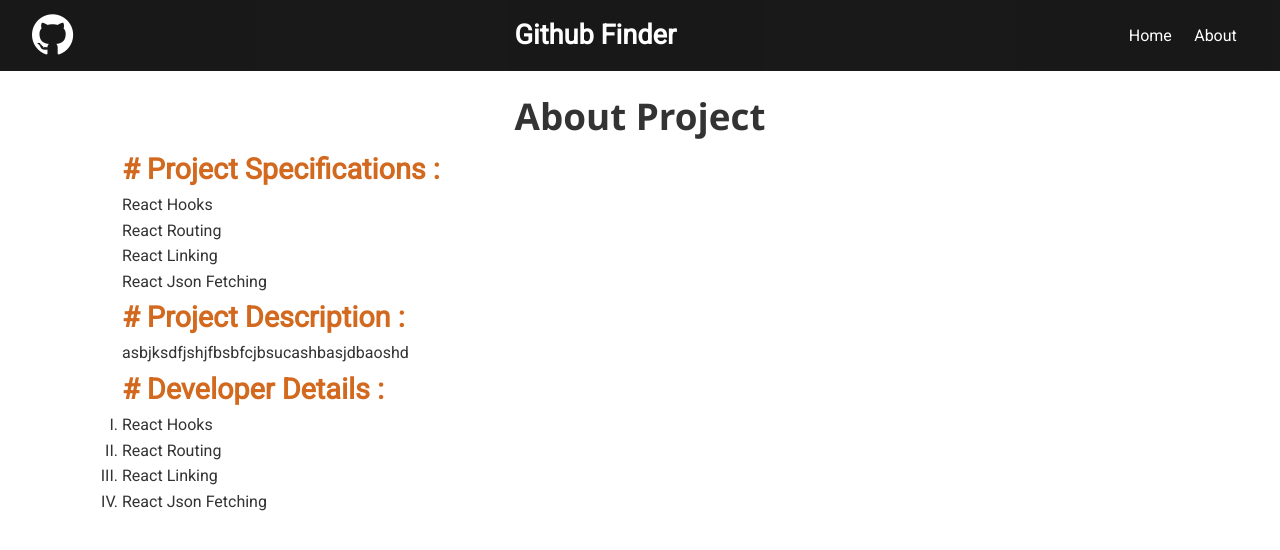
Repository: hemantsaini-7/ReactHooks-GitHub-Clone
Page: /about
An editor plug-in stored every save of this project. The page is shown before and after the next save, followed by the edit.
The browser window is 1280 px wide. The pictures show the whole page.
The project was rebuilt for these pictures with package versions that can differ from the ones it lists, and the page was loaded fresh each time. Also part of the build but not shown: src/components/users/UserItem.js, src/components/layout/Spinner.js, src/components/users/Users.js, src/components/repos/RepoItem.js, src/components/repos/Repos.js, src/components/users/User.js, src/components/users/Search.js, src/components/layout/Alert.js.

Above is the page before, as saved 2020-08-06 10:12:39.

After the next save:
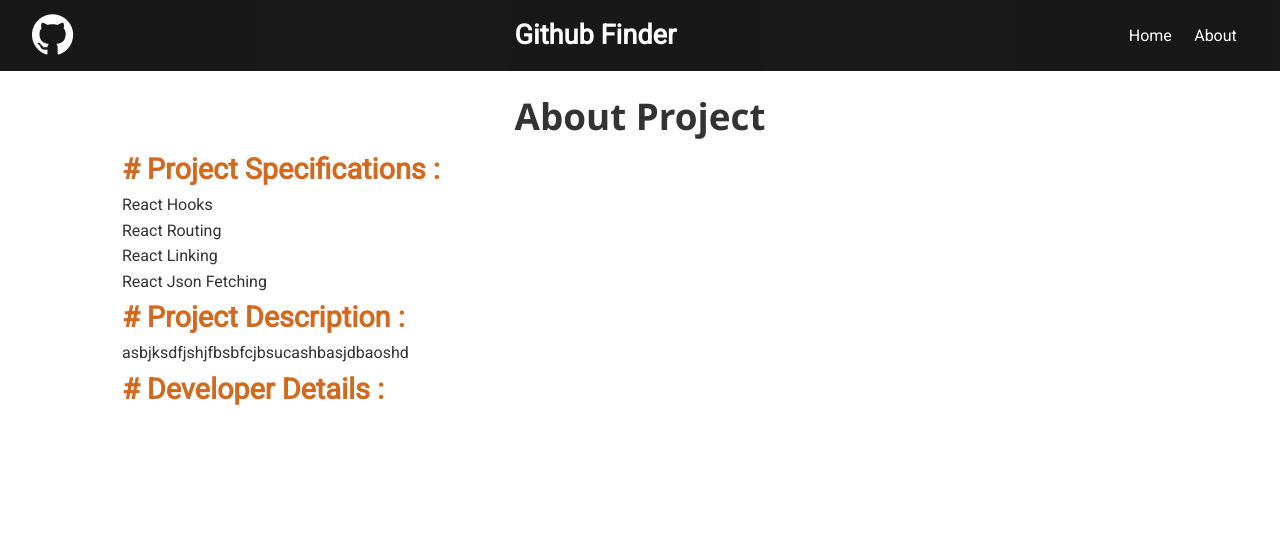
Saved 15 s later.
--- a/src/components/pages/About.js
+++ b/src/components/pages/About.js
@@ -19,12 +19,6 @@ const About = () => {
       </div>
       <div className='content-div'>
         <h1 className='content-head'># Developer Details :</h1>
-        <ol type='I'>
-          <li>React Hooks</li>
-          <li>React Routing</li>
-          <li>React Linking</li>
-          <li>React Json Fetching</li>
-        </ol>
       </div>
     </div>
   );
